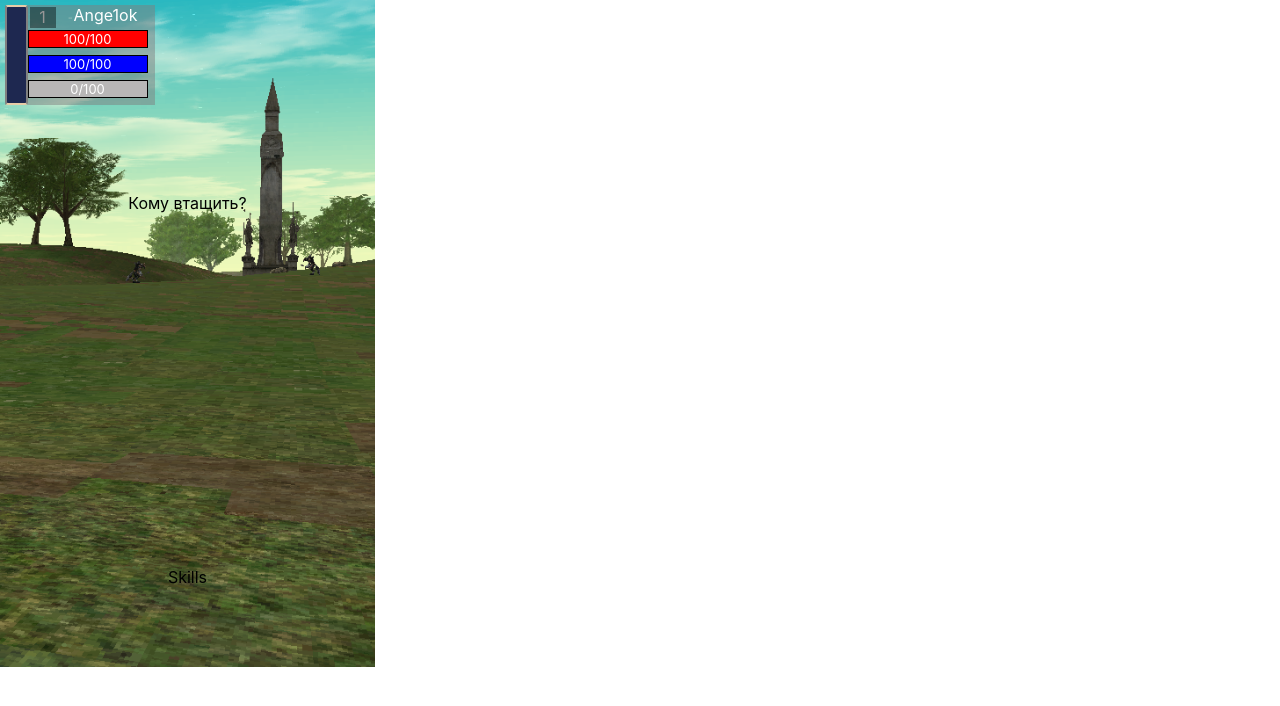
Repository: VYarem4yk/lineage-clicker
Page: /#/GamePage
These files come from the project's save history. The page is drawn as it stood at one moment and after the next save; the edit follows.
The browser window is 1280 px wide. The pictures show the whole page.
The project was rebuilt for these pictures with package versions that can differ from the ones it lists, and the page was loaded fresh each time. Also part of the build but not shown: src/components/LoginPage/Login.css, src/components/LoginPage/LoginPage.jsx.

Above is the page before, as saved 2020-06-26 23:35:46.

### src/index.js
import React from "react";
import ReactDOM from "react-dom";
import "./index.css";
import App from "./App";
import * as serviceWorker from "./serviceWorker";
import { HashRouter } from "react-router-dom";
import store from "./redux/redux";
import { Provider } from "react-redux";

let rerenderEntireTree = (state) => {
  ReactDOM.render(
    <HashRouter basename={process.env.PUBLIC_URL}>
      <Provider store={store}>
        <App />
      </Provider>
    </HashRouter>,

    document.getElementById("root")
  );
};
rerenderEntireTree(store.getState());
store.subscribe(() => {
  let state = store.getState();
  rerenderEntireTree(state);
});

// If you want your app to work offline and load faster, you can change
// unregister() to register() below. Note this comes with some pitfalls.
// Learn more about service workers: https://bit.ly/CRA-PWA
serviceWorker.unregister();

### src/App.js
import React, { Component } from "react";
import "./App.css";
import LoginPage from "./components/LoginPage/LoginPage";
import { Route } from "react-router-dom";
import GamePageContainer from "./components/GamePageContainer/GamePageContainer";

class App extends Component {
  render() {
    return (
      <div className="App">
        <Route path="/LoginPage" render={() => <LoginPage />} />
        <Route path="/GamePage" render={() => <GamePageContainer />} />
      </div>
    );
  }
}

export default App;

### src/redux/redux.js
import { createStore, combineReducers } from "redux";
import { characterReducer } from "./characterReducer";
import { monsterReducer } from "./monsterReducer";

let reducers = combineReducers({
  character: characterReducer,
  monster: monsterReducer,
});

let store = createStore(reducers);

export default store;

### src/App.css
.App {
  text-align: center;
  width: 375px;
  height: 667px;
  background-color: cornflowerblue;
}

.AppTitle {
  margin: 0;
}

### src/components/GamePageContainer/GamePageContainer.jsx
import React, { Component } from "react";
import GamePage from "./GamePage/GamePage";
import { monsterAtacked, monsterKilled } from "../../redux/monsterReducer";
import { xpGain, levelUp } from "../../redux/characterReducer";
import { connect } from "react-redux";

class GamePageContainer extends Component {
  render() {
    return (
      <GamePage
        {...this.props}
        monsterAtacked={this.props.monsterAtacked}
        monsterKilled={this.props.monsterKilled}
        xpGain={this.props.xpGain}
        levelUp={this.props.levelUp}
      />
    );
  }
}

const mapStateToProps = (state) => ({
  character: state.character,
  monster: state.monster,
});

export default connect(mapStateToProps, {
  monsterAtacked,
  monsterKilled,
  xpGain,
  levelUp,
})(GamePageContainer);

### src/redux/characterReducer.js
const XP_GAIN = "XP_GAIN";
const LEVEL_UP = "LEVEL_UP";

let initialState = {
  characterLVL: 1,
  characterHP: 100,
  characterDMG: 30,
  characterMP: 100,
  characterXP: 0,
};

export const characterReducer = (state = initialState, action) => {
  switch (action.type) {
    case XP_GAIN: {
      let stateCopy = { ...state };
      stateCopy.characterXP += action.xp;
      return stateCopy;
    }
    case LEVEL_UP: {
      let stateCopy = { ...state };
      stateCopy.characterXP = 0;
      stateCopy.characterLVL = state.characterLVL + 1;

      return stateCopy;
    }

    default:
      return state;
  }
};

export const xpGain = (gainedXP) => ({ type: XP_GAIN, xp: gainedXP });
export const levelUp = () => ({ type: LEVEL_UP });

### src/redux/monsterReducer.js
const MONSTER_ATACKED = "MONSTER_ATACKED";
const MONSTER_KILLED = "MONSTER_KILLED";

let initialState = {
  monsterHP: 100,
  curentMonsterHP: 100,
  monsterDMG: 10,
  monsterXP: 15,
  isMonsterDead: true,
};

export const monsterReducer = (state = initialState, action) => {
  switch (action.type) {
    case MONSTER_ATACKED: {
      let stateCopy = { ...state };
      stateCopy.curentMonsterHP =
        stateCopy.curentMonsterHP - action.characterDMG;
      return stateCopy;
    }

    case MONSTER_KILLED: {
      let stateCopy = { ...state };
      stateCopy.curentMonsterHP = stateCopy.monsterHP;
      return stateCopy;
    }

    default:
      return state;
  }
};

export const monsterAtacked = (characterDMG) => ({
  type: MONSTER_ATACKED,
  characterDMG: characterDMG,
});
export const monsterKilled = (csdg) => ({
  type: MONSTER_KILLED,
});

### src/components/GamePageContainer/GamePage/GamePage.jsx
import React from "react";
import "./GamePage.css";
import CharacterBar from "../CharacterBar/CharacterBar";
import Monster from "../Monster/Monster";
const GamePage = (props) => {
  return (
    <div className="gamePageWrapper">
      <div className="characterBar-wrapper">
        <CharacterBar
          character={props.character}
          monster={props.monster}
          levelUp={props.levelUp}
        />
      </div>
      <div className="mainField">
        <div className="monster">
          <Monster
            monster={props.monster}
            monsterAtacked={props.monsterAtacked}
            xpGain={props.xpGain}
            characterDMG={props.character.characterDMG}
            monsterKilled={props.monsterKilled}
          />
        </div>
      </div>
      <div className="skillsBar">Skills</div>
    </div>
  );
};

export default GamePage;

### src/components/GamePageContainer/GamePage/GamePage.css
.gamePageWrapper {
  display: grid;
  grid-template-rows: 15% 70% 15%;
  width: 100%;
  height: 100%;
  background-image: url("../../../images/ObeliskOfVictory.PNG");
  background-size: cover;
}

.characterBar-wrapper {
  grid-row: 1/2;
}

.mainField {
  display: grid;
  grid-template-rows: 15% 10% 55%;
  grid-gap: 5%;
  grid-row: 2/3;
}

.skillsBar {
  grid-row: 3/4;
}

.monster {
  grid-row: 2/4;
}

### src/components/GamePageContainer/CharacterBar/CharacterBar.jsx
import React from "react";
import "./CharacterBar.css";
import CharacterHP from "./CharacterHP";
import CharacterMP from "./CharacterMP";
import CharacterXP from "./CharacterXP";

const CharacterBar = (props) => {
  return (
    <div className="characterBar">
      <div className="heroSideBar"></div>
      <div className="heroInfo">
        <div className="heroLevel">{props.character.characterLVL}</div>
        <div className="heroName">Ange1ok</div>
      </div>

      <div className="bar">
        <div className="barHP">
          <CharacterHP characterHP={props.character.characterHP} />
        </div>
        <div className="barMP">
          <CharacterMP characterMP={props.character.characterMP} />
        </div>
        <div className="barXP">
          <CharacterXP
            characterXP={props.character.characterXP}
            levelUp={props.levelUp}
          />
        </div>
      </div>
    </div>
  );
};

export default CharacterBar;

### src/components/GamePageContainer/Monster/Monster.jsx
import React from "react";
import monster from "../../../images/monster.png";
import "./Monster.css";
import MonsterHP from "./MonsterHP";

const Monster = (props) => {
  let atackMonster = () => {
    if (props.monster.curentMonsterHP >= props.characterDMG) {
      props.monsterAtacked(props.characterDMG);
    } else {
      props.xpGain(props.monster.monsterXP);
      props.monsterKilled();
    }
  };
  return (
    <div>
      {props.monster.isMonsterDead ? (
        <div>Кому втащить?</div>
      ) : (
        <div className="monsterWrapper">
          <div className="monsterInfo">
            <div className="monsterSideBar"></div>
            <div className="monsterName">Imp</div>
            <div className="monsterHP-wrapper">
              <MonsterHP
                monsterHP={props.monster.monsterHP}
                curentMonsterHP={props.monster.curentMonsterHP}
              />
            </div>
          </div>

          <img
            src={monster}
            className="monsterSkin"
            onClick={atackMonster}
          ></img>
        </div>
      )}
    </div>
  );
};

export default Monster;

### src/components/GamePageContainer/CharacterBar/CharacterBar.css
.characterBar {
  width: 40%;
  height: 100%;
  display: grid;
  grid-template-rows: 25% 25% 25% 25%;
  grid-template-columns: 15% 80%;
  margin: 5px;
  background-color: rgba(128, 128, 128, 0.5);
}

.heroSideBar {
  grid-area: 1/1/5/2;
  background-color: rgb(30, 40, 80);
  border-top: rgb(232, 204, 167) 2px solid;
  border-bottom: rgb(232, 204, 167) 2px solid;
  border-left: grey 2px solid;
  border-right: grey 2px solid;
  border-radius: 3px;
}
.barMP {
  grid-row: 2/3;
}
.characterMP {
  background-color: blue;

  border: 1px solid black;
}
.barXP {
  grid-row: 3/4;
}
.characterXP {
  background-color: rgb(184, 182, 182);

  border: 1px solid black;
}
.barHP {
  grid-row: 1/2;
}
.characterHP {
  background-color: red;

  border: 1px solid black;
}

.bar {
  display: grid;
  grid-template-rows: 30% 30% 30%;
  grid-area: 2/2/5/3;
  row-gap: 3%;
  font-size: 13px;
  color: white;
}

.heroInfo {
  display: grid;
  grid-template-columns: 25% 70%;
  grid-gap: 5%;
  grid-area: 1/2/2/3;
}

.heroInfo .heroLevel {
  grid-column: 1/2;
  color: rgb(150, 150, 150);
  background-color: rgba(0, 0, 0, 0.431);
  margin: 2px;
}

.heroName {
  grid-column: 2/3;
  color: white;
}

### src/components/GamePageContainer/CharacterBar/CharacterHP.jsx
import React from "react";
import "./CharacterBar.css";

const CharacterHP = (props) => {
  return <div className="characterHP">100/100</div>;
};

export default CharacterHP;

### src/components/GamePageContainer/CharacterBar/CharacterMP.jsx
import React from "react";
import "./CharacterBar.css";

const CharacterMP = (props) => {
  return <div className="characterMP">100/100</div>;
};

export default CharacterMP;

### src/components/GamePageContainer/CharacterBar/CharacterXP.jsx
import React from "react";
import "./CharacterBar.css";

const CharacterXP = (props) => {
  if (props.characterXP > 100) {
    props.levelUp();
  } else {
    return <div className="characterXP">{props.characterXP}/100</div>;
  }
};

export default CharacterXP;

### src/components/GamePageContainer/Monster/Monster.css
.monsterWrapper {
  display: flex;
  flex-direction: column;
  align-items: center;
  justify-content: space-between;
}

.monsterSkin {
  height: 80%;
  width: 80%;
  transition: 1s;
}

.monsterSkin:hover {
  height: 90%;
  width: 90%;
  transition: 1s;
}

.monsterHP {
  display: flex;
  position: relative;
  justify-content: start;
  border: 1px solid black;
  border-radius: 10px;

  font-size: 10px;
}

.monsterHP-wrapper {
  grid-area: 2/2/3/3;
}
.hpBG {
  width: 100%;
  background-color: red;
}

.monsterInfo {
  display: grid;
  grid-template-rows: 60% 40%;
  grid-template-columns: 10% 90%;
  width: 40%;

  font-weight: bold;
  background-color: rgba(0, 0, 0, 0.726);
}

.monsterName {
  grid-area: 1/2/2/3;
  color: red;
}

.monsterSideBar {
  grid-area: 1/1/3/2;
  background-color: rgb(30, 40, 80);
  border-top: rgb(232, 204, 167) 2px solid;
  border-bottom: rgb(232, 204, 167) 2px solid;
  border-left: grey 2px solid;
  border-right: grey 2px solid;
  border-radius: 3px;
}

### src/components/GamePageContainer/Monster/MonsterHP.jsx
import React from "react";
import "./Monster.css";

const MonsterHP = (props) => {
  return (
    <div className="monsterHP">
      <div
        className="hpBG"
        style={({ background: "red" }, { width: `${props.curentMonsterHP}%` })}
      >
        {props.curentMonsterHP}
      </div>
      <div>|</div>
    </div>
  );
};

export default MonsterHP;

Loaded but not shown: public/index.html (common file); src/index.css (common file); src/serviceWorker.js (common file)

After the next save:
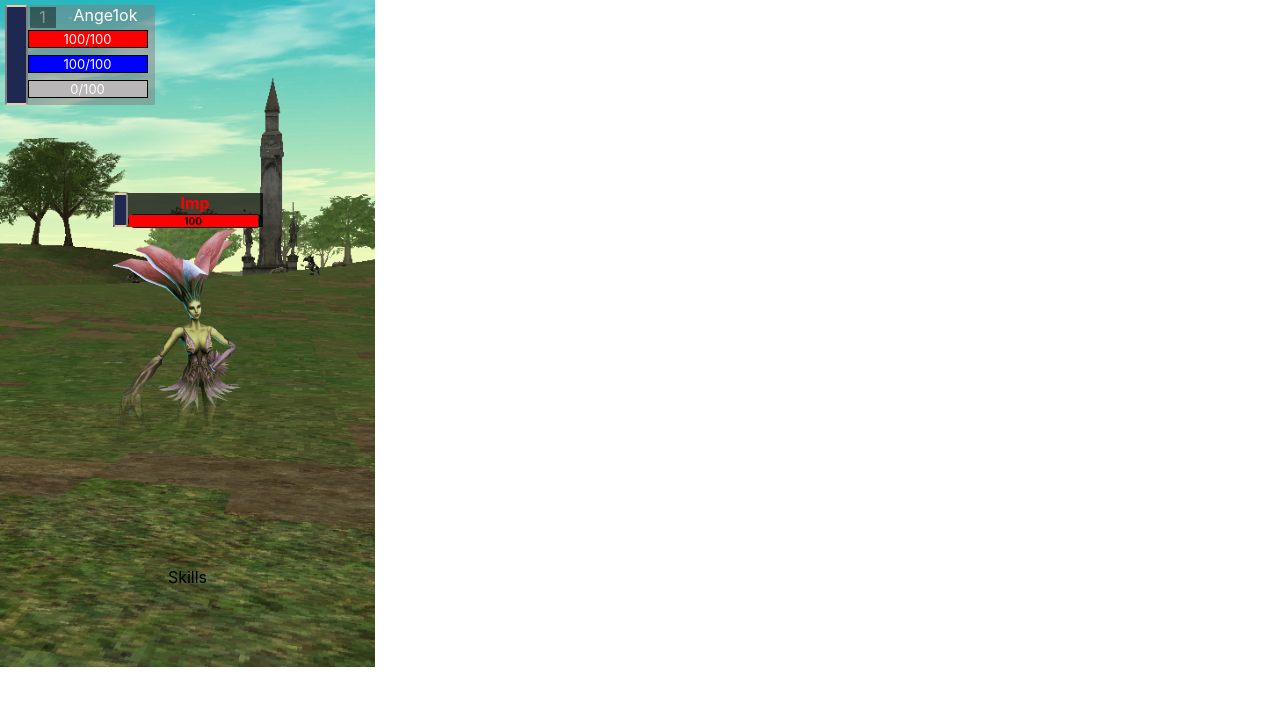
Saved 28 s later.
--- a/src/redux/monsterReducer.js
+++ b/src/redux/monsterReducer.js
@@ -6,7 +6,7 @@ let initialState = {
   curentMonsterHP: 100,
   monsterDMG: 10,
   monsterXP: 15,
-  isMonsterDead: true,
+  isMonsterDead: false,
 };
 
 export const monsterReducer = (state = initialState, action) => {
